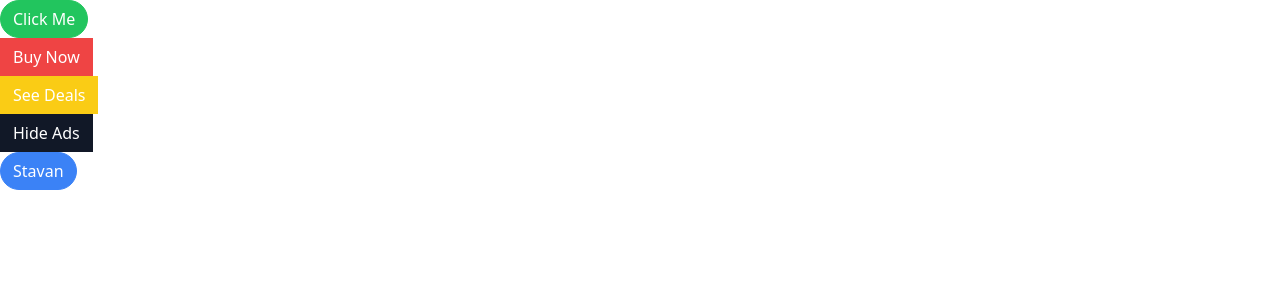
Repository: stavan30/components
Page: /
The author's editor kept a copy of each file at every save. The page is drawn from the files as they stood at one save, then again after the next save.
The browser window is 1280 px wide. The pictures show the whole page.
The project was rebuilt for these pictures with package versions that can differ from the ones it lists, and the page was loaded fresh each time.

Above is the page before, as saved 2024-03-12 23:42:50.

After the next save:
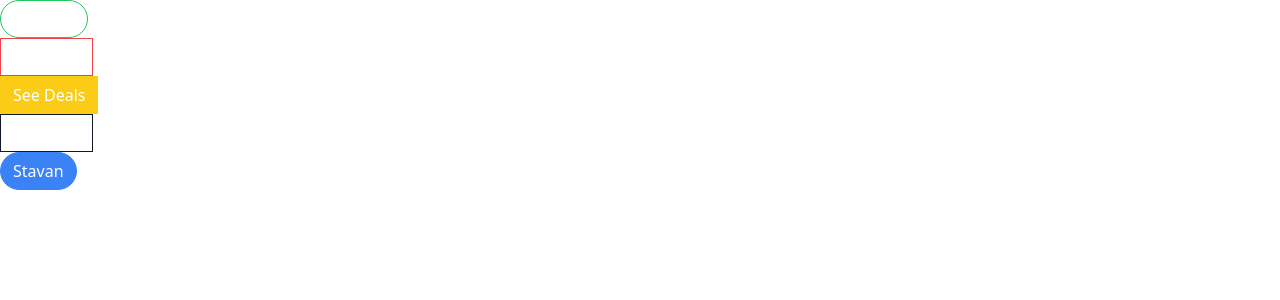
Saved 23 s later.
--- a/src/Button.js
+++ b/src/Button.js
@@ -24,6 +24,7 @@
         'text-green-500': outline && success,
         'text-yellow-400': outline && warning,
         'text-red-500': outline && danger,
+        'bg-white':outline,
     })
 
   return (

After the 3 saves that followed:
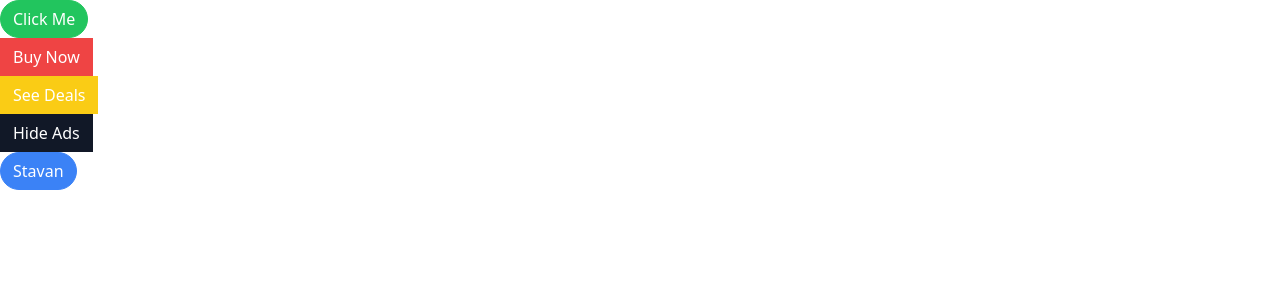
The 3 saves are shown as one change because 2 left the picture as it was.
The last was saved 8 min 43 s later.
--- a/src/Button.js
+++ b/src/Button.js
@@ -19,12 +19,12 @@
         'border-yellow-400 bg-yellow-400 text-white': warning,
         'border-red-500 bg-red-500 text-white': danger,
         'rounded-full': rounded,
+        'bg-black': outline,
         'text-blue-500': outline && primary,
         'text-gray-900': outline && secondary,
         'text-green-500': outline && success,
         'text-yellow-400': outline && warning,
         'text-red-500': outline && danger,
-        'bg-white':outline,
     })
 
   return (
